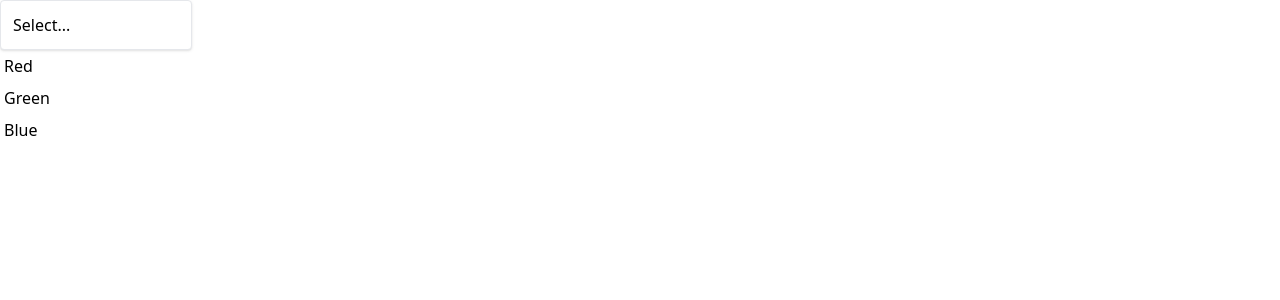
Repository: stavan30/components
Page: /, after clicking the first element matching `div.flex`
These files come from the project's save history. The page is drawn as it stood at one moment and after the next save; the edit follows.
The browser window is 1280 px wide. The pictures show the whole page.
The project was rebuilt for these pictures with package versions that can differ from the ones it lists, and the page was loaded fresh each time.

Above is the page before, as saved 2024-03-14 21:13:51.

### src/index.js
import React from "react";
import ReactDOM from 'react-dom/client'
import './index.css'
import App from './App'

const el = document.getElementById('root')
const root = ReactDOM.createRoot(el)

root.render(<App/>)

### src/App.js
import React from "react"
import Dropdown from "./components/Dropdown"
import { useState } from "react"

const App = () => {

    const [selection, setSelection] = useState(null)

    const handleSelect = (option)=>{
        setSelection(option)
    }

    const options = [
        {label: 'Red', value: 'red'},
        {label: 'Green', value: 'green'},
        {label: 'Blue', value: 'blue'},
    ]

  return (
    <div>
        <Dropdown value={selection} onChange={handleSelect} options={options}/>
    </div>
  )
}

export default App

### src/components/Dropdown.js
import React from 'react'
import { useState } from 'react'

const Dropdown = ({options, value, onChange}) => {
    const [isOpen, setIsOpen] = useState(false)

    const handleClick = ()=>{
        setIsOpen(!isOpen)
    }

    const handleOptionClick = (option)=> {
        setIsOpen(false)

        onChange(option)
    }

    const renderedOptions = options.map((option) => {
        return (
        //Rather than passing in our handler directly to onClick we put it wrapped version of it - video number: 199.
        <div className='hover:bg-sky-100 rounded cursor-pointer p-1' onClick={()=> handleOptionClick(option)} key={option.value}>
            {option.label}
        </div>
        )
    })

    let content = 'Select...'

    if(value){
        content = value.label
    }

  return (
    <div className='w-48 relative'>
        <div className='flex justify-between items-center cursor-pointer border rounded p-3 shadow bg-white w-full' onClick={handleClick}>{content}</div>
        {/* && and || JS Boolean Expression */}
        {isOpen && <div>{renderedOptions}</div>}
    </div>
  )
}

export default Dropdown

Loaded but not shown: public/index.html (common file); src/index.css (common file); tailwind.config.js (common file)

After the next save:
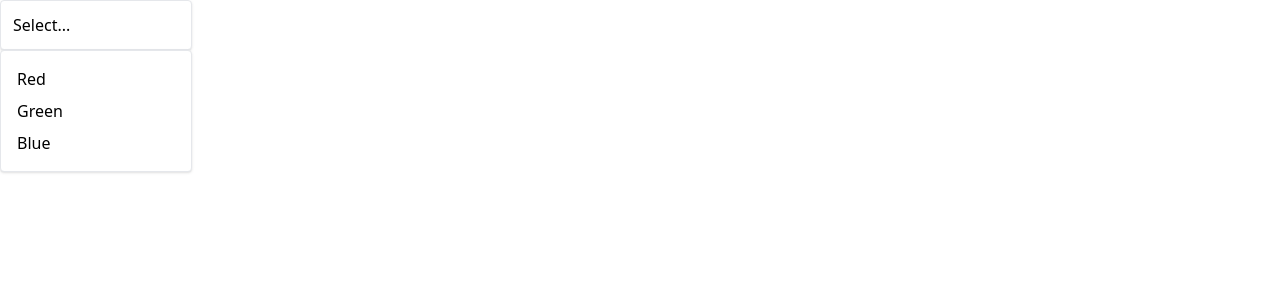
Saved 105 s later.
--- a/src/components/Dropdown.js
+++ b/src/components/Dropdown.js
@@ -33,7 +33,7 @@ const Dropdown = ({options, value, onChange}) => {
     <div className='w-48 relative'>
         <div className='flex justify-between items-center cursor-pointer border rounded p-3 shadow bg-white w-full' onClick={handleClick}>{content}</div>
         {/* && and || JS Boolean Expression */}
-        {isOpen && <div>{renderedOptions}</div>}
+        {isOpen && <div className='absolute top-full border rounded p-3 shadow bg-white w-full'>{renderedOptions}</div>}
     </div>
   )
 }
